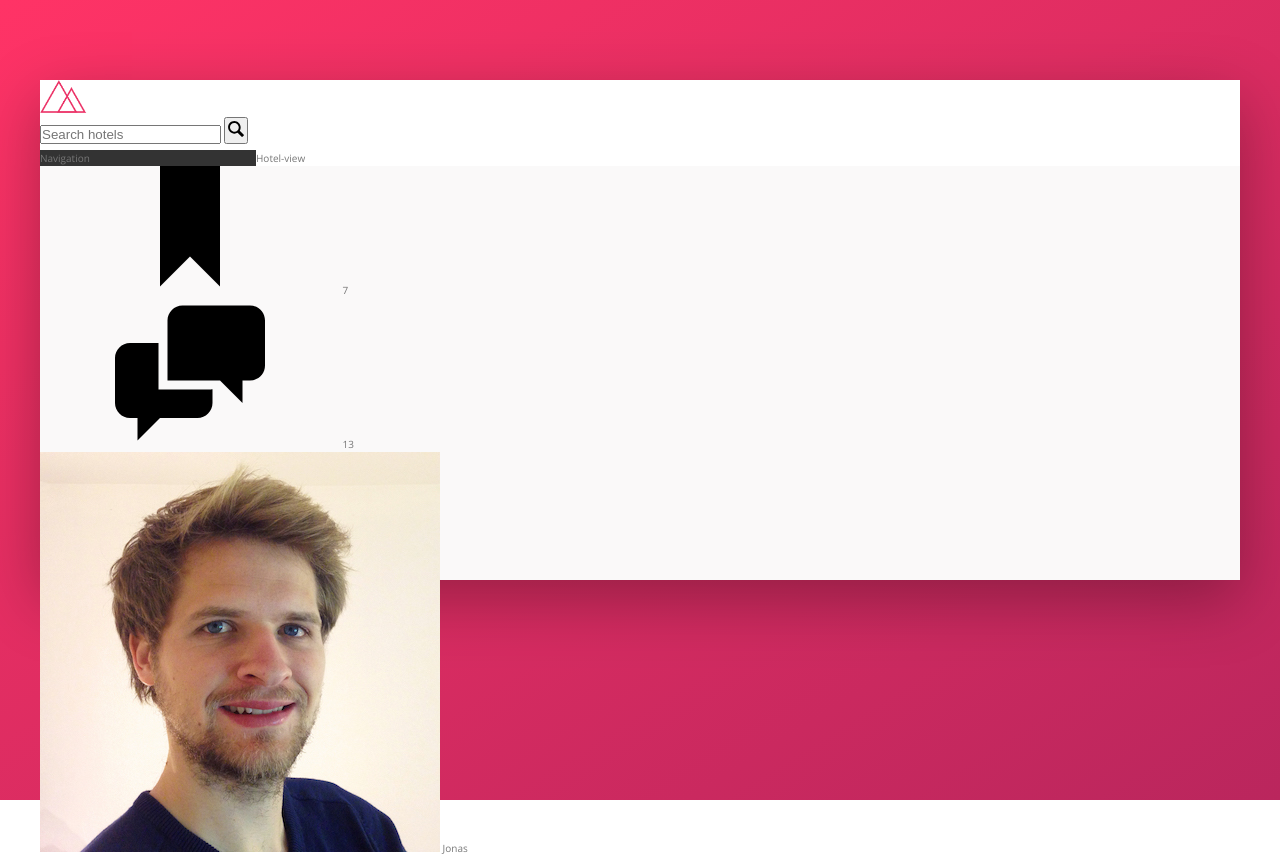
Repository: Lithium87/Trillo
Page: index.html
The author's editor kept a copy of each file at every save. The page is drawn from the files as they stood at one save, then again after the next save.
The browser window is 1280 px wide. The pictures show the whole page.
The style sheet was rebuilt from its Sass, Less or Tailwind sources for each picture, by a compiler version that may differ from the author's.

Above is the page before, as saved 2020-05-15 19:50:03.

After the next save:
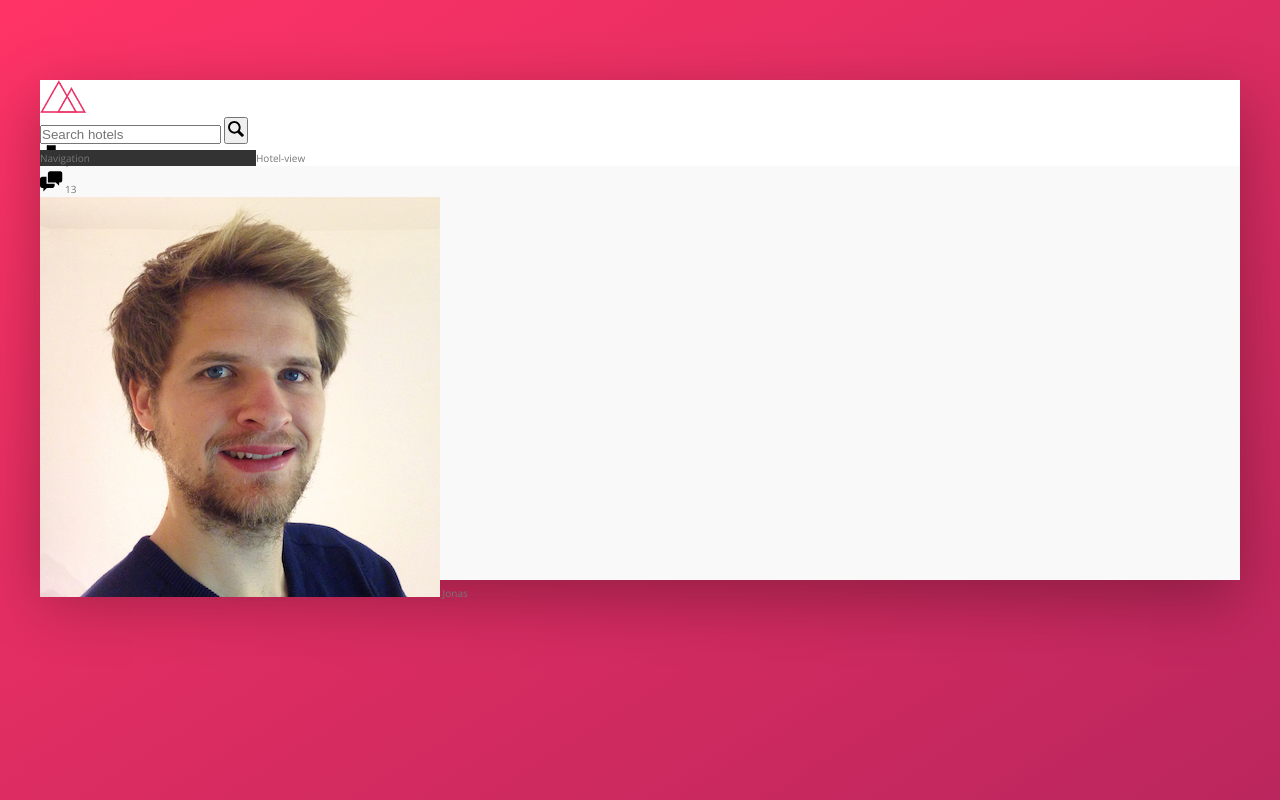
Saved 22 s later.
--- a/sass/_components.scss
+++ b/sass/_components.scss
@@ -20,8 +20,8 @@
 .user-nav {
     &__icon-box {}
     &__icon {
-        //height: 2.25rem;
-        //width: 2.25rem;
+        height: 2.25rem;
+        width: 2.25rem;
     }
     &__notification {}
     &__user {}
